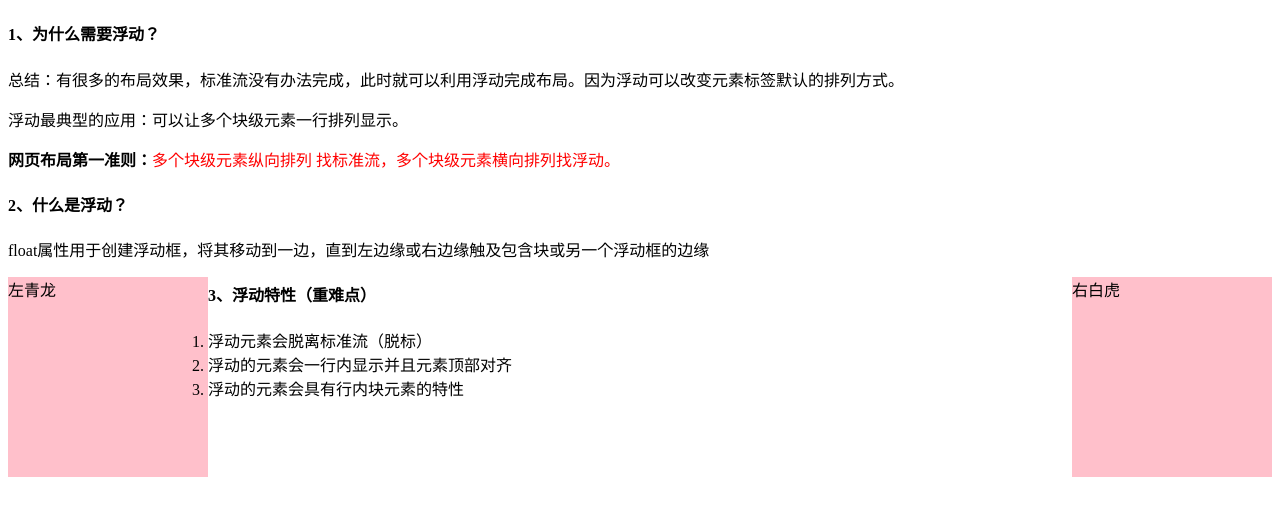
Repository: zhengdeya/web-based
Page: 35-浮动/01-简介.html
These files come from the project's save history. The page is drawn as it stood at one moment and after the next save; the edit follows.
The browser window is 1280 px wide. The pictures show the whole page.

Above is the page before, as saved 2021-04-11 17:01:40.

After the next save:
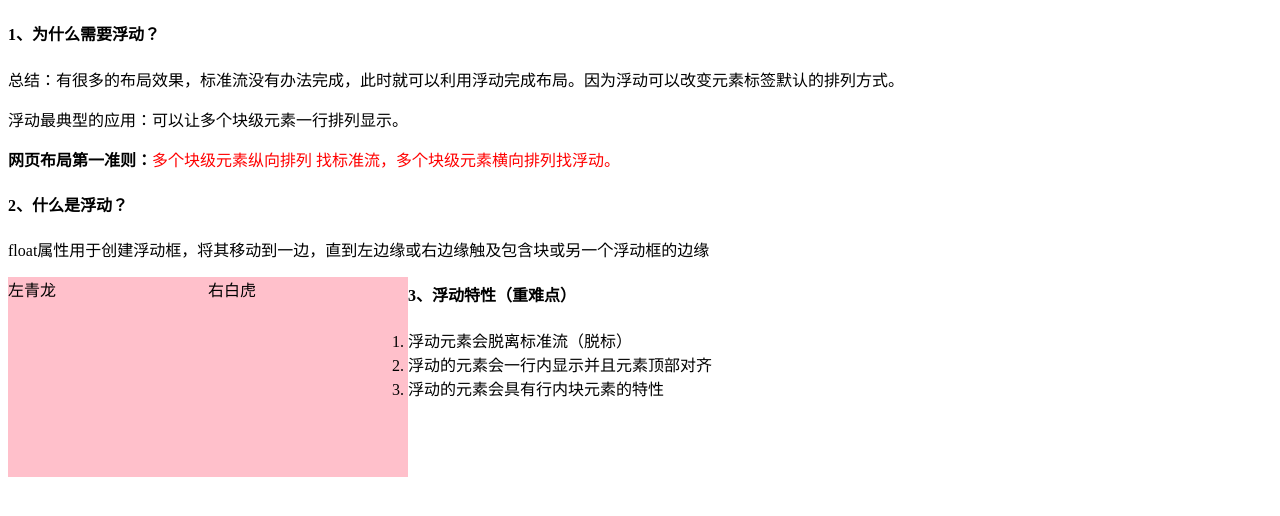
Saved 82 s later.
--- a/35-浮动/01-简介.html
+++ b/35-浮动/01-简介.html
@@ -15,9 +15,9 @@
             float: left;
         }
 
-        .right {
+        /* .right {
             float: right;
-        }
+        } */
     </style>
 </head>
 
@@ -37,7 +37,6 @@
         <li>浮动元素会脱离标准流（脱标）</li>
         <li>浮动的元素会一行内显示并且元素顶部对齐</li>
         <li> 浮动的元素会具有行内块元素的特性</li>
-
     </ol>
 </body>
 

After the save that followed:
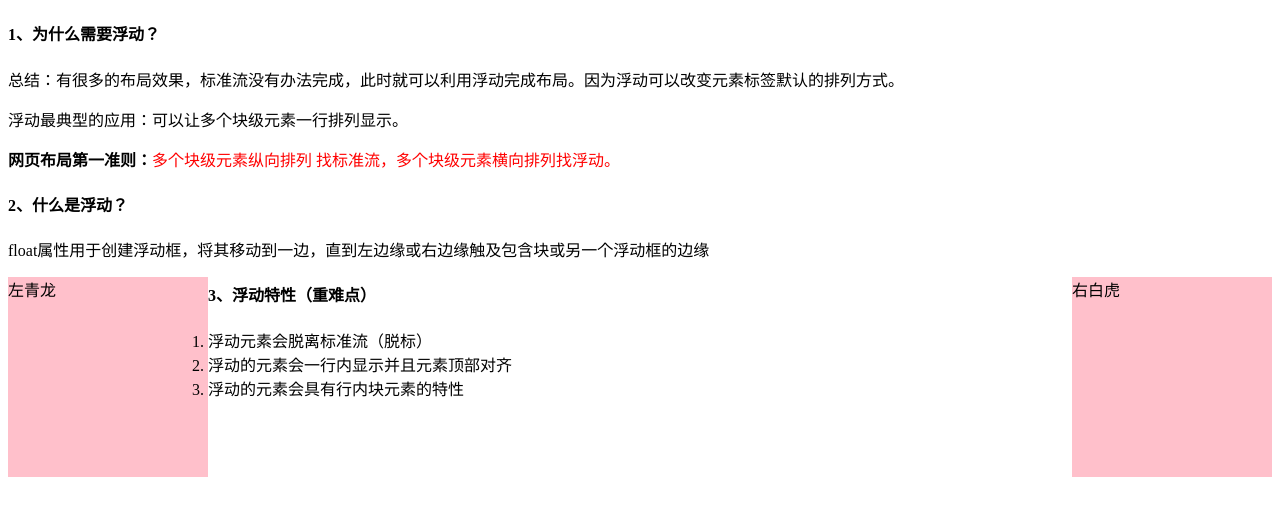
Saved 10 s later.
--- a/35-浮动/01-简介.html
+++ b/35-浮动/01-简介.html
@@ -15,9 +15,9 @@
             float: left;
         }
 
-        /* .right {
+        .right {
             float: right;
-        } */
+        }
     </style>
 </head>
 
